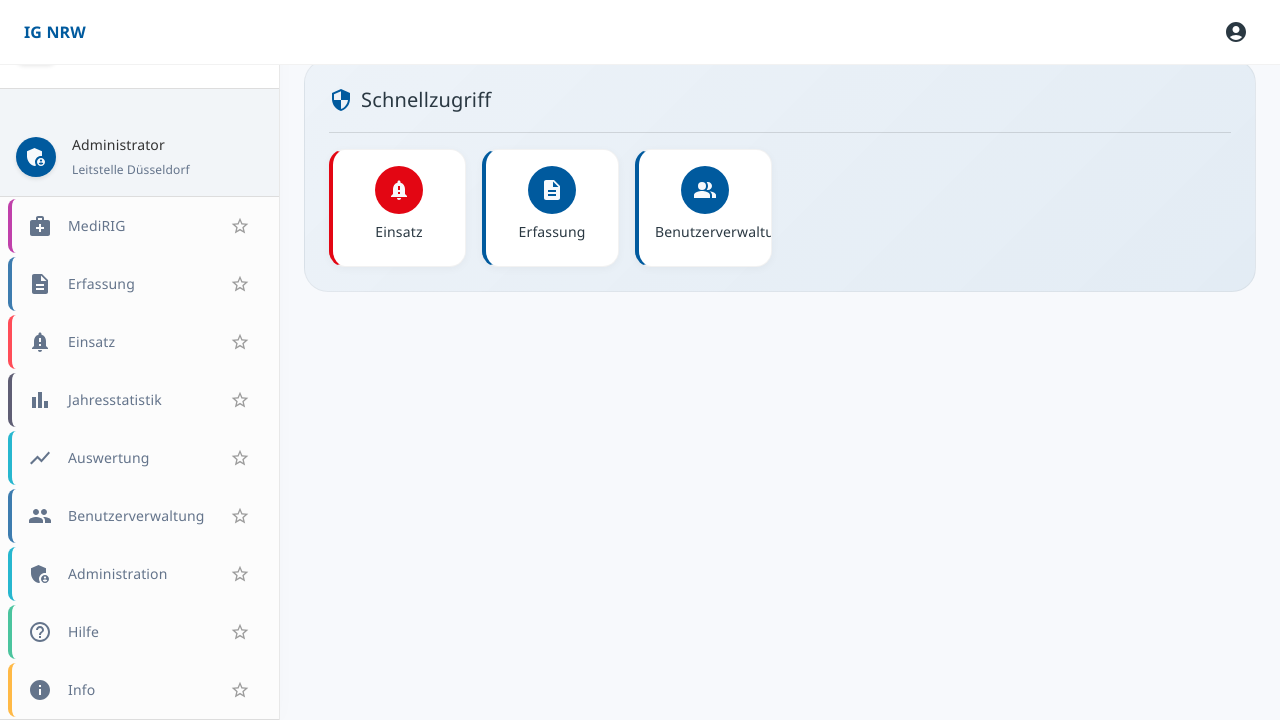
Repository: bynrw/sidebar
Page: /
These files come from the project's save history. The page is drawn as it stood at one moment and after the next save; the edit follows.
The browser window is 1280 px wide. The pictures show the whole page.
The project was rebuilt for these pictures with package versions that can differ from the ones it lists, and the page was loaded fresh each time. Also part of the build but not shown: src/components/layout/CustomCard.js, src/components/pages/Info.js, src/components/pages/Jahresstatistik.js.

Above is the page before, as saved 2025-04-22 12:16:01.

### public/index.html
<!DOCTYPE html>
<html lang="en">
  <head>
    <meta charset="utf-8" />
    <link rel="icon" href="%PUBLIC_URL%/favicon.ico" />
    <meta name="viewport" content="width=device-width, initial-scale=1" />
    <meta name="theme-color" content="#000000" />
    <meta
      name="description"
      content="Modern React Application with Material UI"
    />
    <link rel="apple-touch-icon" href="%PUBLIC_URL%/logo192.png" />
    <link rel="manifest" href="%PUBLIC_URL%/manifest.json" />
    <link
      rel="stylesheet"
      href="https://fonts.googleapis.com/css?family=Roboto:300,400,500,700&display=swap"
    />
    <title>React App with Modern Sidebar</title>
  </head>
  <body>
    <noscript>You need to enable JavaScript to run this app.</noscript>
    <div id="root"></div>
  </body>
</html>

### src/index.js
import React from 'react';
import ReactDOM from 'react-dom/client';
import { BrowserRouter } from 'react-router-dom';
import App from './App';
import { CssBaseline } from '@mui/material';
import { ThemeProvider, createTheme } from '@mui/material/styles';

// Create a theme instance with modern colors
const theme = createTheme({
  palette: {
    primary: {
      main: '#1976d2',
    },
    secondary: {
      main: '#dc004e',
    },
    background: {
      default: '#f5f5f5',
    },
  },
  typography: {
    fontFamily: '"Roboto", "Helvetica", "Arial", sans-serif',
  },
});

const root = ReactDOM.createRoot(document.getElementById('root'));
root.render(
  <React.StrictMode>
    <ThemeProvider theme={theme}>
      <CssBaseline />
      <BrowserRouter>
        <App />
      </BrowserRouter>
    </ThemeProvider>
  </React.StrictMode>
);

### src/App.js
import React from 'react';
import { Routes, Route } from 'react-router-dom';
import { ThemeProvider, CssBaseline } from '@mui/material';
import theme from './theme';

// Layout
import MainLayout from './components/layout/MainLayout';

// Pages
import HomePage from './components/pages/HomePage';
import Erfassung from './components/pages/Erfassung';
import Auswertung from './components/pages/Auswertung';
import Administration from './components/pages/Administration';
import Hilfe from './components/pages/Hilfe';
import Info from './components/pages/Info';
import Einsatz from './components/pages/Einsatz';
import Benutzerverwaltung from './components/pages/Benutzerverwaltung';
import MediRIG from './components/pages/MediRIG';
import Jahresstatistik from './components/pages/Jahresstatistik';

function App() {
  return (
    <ThemeProvider theme={theme}>
      <CssBaseline />
      <Routes>
        <Route path="/" element={<MainLayout />}>
          <Route index element={<HomePage />} />
          <Route path="erfassung/*" element={<Erfassung />} />
          <Route path="medirig/*" element={<MediRIG />} />
          <Route path="auswertung/*" element={<Auswertung />} />
          <Route path="administration/*" element={<Administration />} />
          <Route path="hilfe/*" element={<Hilfe />} />
          <Route path="info/*" element={<Info />} />
          <Route path="einsatz/*" element={<Einsatz />} />
          <Route path="benutzerverwaltung/*" element={<Benutzerverwaltung />} />
          <Route path="jahresstatistik/*" element={<Jahresstatistik />} />
        </Route>
      </Routes>
    </ThemeProvider>
  );
}

export default App;

### src/theme.js
import { createTheme } from '@mui/material/styles';

const theme = createTheme({
  palette: {
    primary: {
      main: '#005A9E', // Blau für Allgemeine Polizei/Behörden
      light: '#3D7CAF',
      dark: '#004B82',
      contrastText: '#fff',
    },
    secondary: {
      main: '#43425D', // Dunkel für Navigation und Überschriften
      light: '#5F5E74',
      dark: '#33324B',
      contrastText: '#fff',
    },
    error: {
      main: '#E30613', // Rot für kritische Alarme und Notfälle
      light: '#FF4D58',
      dark: '#C20000',
      contrastText: '#fff',
    },
    warning: {
      main: '#F59C00', // Orange für Warnungen
      light: '#FFB946',
      dark: '#D68000',
      contrastText: '#fff',
    },
    info: {
      main: '#0097B2', // Türkis für Informationen
      light: '#27B7CF',
      dark: '#007A92',
      contrastText: '#fff',
    },
    success: {
      main: '#21A67A', // Grün für Erfolg und Verfügbarkeit
      light: '#4BC49E',
      dark: '#158962',
      contrastText: '#fff',
    },
    medical: { // Spezifisch für medizinische Einsätze
      main: '#9F0086',
      light: '#C040AA',
      dark: '#7D0069',
      contrastText: '#fff',
    },
    fire: { // Spezifisch für Feuerwehreinsätze
      main: '#FF3A2F',
      light: '#FF6B63',
      dark: '#D81B15',
      contrastText: '#fff',
    },
    police: { // Spezifisch für Polizeieinsätze
      main: '#3A6EA8',
      light: '#5D8FC1',
      dark: '#2D5990',
      contrastText: '#fff',
    },
    tech: { // Für technische Hilfseinsätze
      main: '#706D6E',
      light: '#908E8F',
      dark: '#575455',
      contrastText: '#fff',
    },
    background: {
      default: '#F7F9FC',
      paper: '#FFFFFF',
      sidebar: '#FCFCFC',
      submenu: 'rgba(159, 0, 134, 0.03)',
    },
    text: {
      primary: '#2A3842',
      secondary: '#64748B',
    },
  },
  typography: {
    fontFamily: '"Segoe UI", "Roboto", "Helvetica Neue", Arial, sans-serif',
    h1: {
      fontWeight: 700,
    },
    h2: {
      fontWeight: 700,
    },
    h3: {
      fontWeight: 600,
    },
    h4: {
      fontWeight: 600,
    },
    h5: {
      fontWeight: 500,
    },
    h6: {
      fontWeight: 500,
    },
    button: {
      fontWeight: 500,
      textTransform: 'none',
    },
    submenu: {
      fontSize: '0.815rem',
      fontWeight: 400,
    },
  },
  shape: {
    borderRadius: 8,
  },
  components: {
    MuiAppBar: {
      defaultProps: {
        elevation: 0,
      },
      styleOverrides: {
        root: {
          backgroundColor: '#FFFFFF',
          color: '#333333',
          borderBottom: '1px solid rgba(0,0,0,0.05)',
        },
      },
    },
    MuiButton: {
      styleOverrides: {
        root: {
          borderRadius: 8,
          padding: '6px 16px',
          boxShadow: 'none',
          '&:hover': {
            boxShadow: '0 4px 12px rgba(0,0,0,0.08)',
          },
        },
        containedPrimary: {
          '&:hover': {
            backgroundColor: '#0068b8',
            boxShadow: '0 4px 12px rgba(0, 90, 158, 0.3)',
          },
        },
        containedSuccess: {
          '&:hover': {
            backgroundColor: '#25b789',
            boxShadow: '0 4px 12px rgba(33, 166, 122, 0.3)',
          },
        },
        containedError: {
          '&:hover': {
            backgroundColor: '#f0071c',
            boxShadow: '0 4px 12px rgba(227, 6, 19, 0.3)',
          },
        },
        outlined: {
          borderWidth: '1.5px',
          '&:hover': {
            borderWidth: '1.5px',
          },
        },
      },
    },
    MuiCard: {
      styleOverrides: {
        root: {
          borderRadius: 12,
          boxShadow: '0 2px 8px rgba(0,0,0,0.04)',
        },
      },
    },
    MuiDrawer: {
      styleOverrides: {
        paper: {
          backgroundColor: '#FCFCFC',
          color: '#333333',
          borderRight: '1px solid rgba(0,0,0,0.05)',
          boxShadow: '0 0 20px rgba(0,0,0,0.02)',
        },
      },
    },
    MuiListItemButton: {
      styleOverrides: {
        root: {
          borderRadius: 8,
          margin: '2px 8px',
          transition: 'all 0.2s ease',
          '&.Mui-selected': {
            backgroundColor: 'rgba(0, 90, 158, 0.08)',
            color: '#005A9E',
            '&:hover': {
              backgroundColor: 'rgba(0, 90, 158, 0.12)',
            },
            '& .MuiListItemIcon-root': {
              color: '#005A9E',
            },
          },
          '&:hover': {
            backgroundColor: 'rgba(0, 0, 0, 0.04)',
          },
        },
      },
    },
    MuiTabs: {
      styleOverrides: {
        indicator: {
          height: 3,
          borderTopLeftRadius: 3,
          borderTopRightRadius: 3,
        },
      },
    },
    MuiTab: {
      styleOverrides: {
        root: {
          textTransform: 'none',
          fontWeight: 500,
          fontSize: '0.875rem',
          minWidth: 100,
          padding: '12px 16px',
          '&.Mui-selected': {
            color: '#005A9E',
          },
        },
      },
    },
    MuiTableHead: {
      styleOverrides: {
        root: {
          backgroundColor: 'rgba(0, 90, 158, 0.04)',
          '& .MuiTableCell-head': {
            color: '#005A9E',
            fontWeight: 600,
          },
        },
      },
    },
    MuiAlert: {
      styleOverrides: {
        root: {
          borderRadius: 8,
          fontSize: '0.875rem',
        },
        standardSuccess: {
          backgroundColor: 'rgba(33, 166, 122, 0.12)',
          color: '#21A67A',
        },
        standardError: {
          backgroundColor: 'rgba(227, 6, 19, 0.12)',
          color: '#E30613',
        },
        standardWarning: {
          backgroundColor: 'rgba(245, 156, 0, 0.12)',
          color: '#F59C00',
        },
        standardInfo: {
          backgroundColor: 'rgba(0, 151, 178, 0.12)',
          color: '#0097B2',
        },
      },
    },
    MuiChip: {
      styleOverrides: {
        root: {
          borderRadius: 16,
          fontWeight: 500,
        },
        colorPrimary: {
          backgroundColor: 'rgba(0, 90, 158, 0.1)',
          color: '#005A9E',
        },
        colorSecondary: {
          backgroundColor: 'rgba(67, 66, 93, 0.1)',
          color: '#43425D',
        },
        colorError: {
          backgroundColor: 'rgba(227, 6, 19, 0.1)',
          color: '#E30613',
        },
        colorWarning: {
          backgroundColor: 'rgba(245, 156, 0, 0.1)',
          color: '#F59C00',
        },
        colorInfo: {
          backgroundColor: 'rgba(0, 151, 178, 0.1)',
          color: '#0097B2',
        },
        colorSuccess: {
          backgroundColor: 'rgba(33, 166, 122, 0.1)',
          color: '#21A67A',
        },
      },
    },
    MuiAvatar: {
      styleOverrides: {
        root: {
          fontSize: '1rem',
          fontWeight: 600,
        },
      },
    },
    MuiTooltip: {
      styleOverrides: {
        tooltip: {
          borderRadius: 6,
          fontSize: '0.75rem',
          padding: '6px 12px',
        },
      },
    },
    MuiCollapse: {
      styleOverrides: {
        root: {
          backgroundColor: 'rgba(159, 0, 134, 0.03)',
          margin: '0 8px',
          borderRadius: 8,
        },
      },
    },
    MuiListItemIcon: {
      styleOverrides: {
        root: {
          minWidth: 40,
          color: '#64748B',
        },
      },
    },
  },
});

export default theme;

### src/components/pages/HomePage.js
import React from 'react';
import {
  Box,
  Typography,
  Grid,
  Paper,
  Card,
  CardContent,
  Avatar,
  Divider,
  useTheme
} from '@mui/material';
import { useNavigate } from 'react-router-dom';
import NotificationImportantIcon from '@mui/icons-material/NotificationImportant';
import PeopleAltIcon from '@mui/icons-material/PeopleAlt';
import LocalHospitalIcon from '@mui/icons-material/LocalHospital';
import DirectionsCarIcon from '@mui/icons-material/DirectionsCar';
import LocalFireDepartmentIcon from '@mui/icons-material/LocalFireDepartment';
import DescriptionIcon from '@mui/icons-material/Description';
import BarChartIcon from '@mui/icons-material/BarChart';
import SecurityIcon from '@mui/icons-material/Security';

// Schnellzugriff-Komponente
const QuickAccessButton = ({ icon, title, path, color, borderStyle }) => {
  const navigate = useNavigate();
  const theme = useTheme();

  return (
    <Card
      elevation={0}
      sx={{
        textAlign: 'center',
        height: '100%',
        cursor: 'pointer',
        borderRadius: 2,
        border: '1px solid rgba(0,0,0,0.05)',
        '&:hover': {
          boxShadow: '0 4px 12px rgba(0,0,0,0.08)',
          transform: 'translateY(-4px)'
        },
        transition: 'transform 0.2s, box-shadow 0.2s',
        ...borderStyle
      }}
      onClick={() => navigate(path)}
    >
      <CardContent sx={{ p: 2 }}>
        <Avatar
          sx={{
            width: 48,
            height: 48,
            mx: 'auto',
            mb: 1,
            bgcolor: theme.palette[color].main
          }}
        >
          {icon}
        </Avatar>
        <Typography variant="body2" fontWeight="medium">
          {title}
        </Typography>
      </CardContent>
    </Card>
  );
};

// Hauptkomponente
function HomePage() {
  const theme = useTheme();

  return (
    <Box>
      {/* Hauptinhalt - nur Schnellzugriff */}
      <Paper
        elevation={0}
        sx={{
          p: 3,
          borderRadius: 3,
          background: 'linear-gradient(135deg, rgba(0, 90, 158, 0.04) 0%, rgba(0, 90, 158, 0.08) 100%)',
          border: '1px solid rgba(0,0,0,0.05)'
        }}
      >
        <Typography variant="h6" gutterBottom sx={{ display: 'flex', alignItems: 'center' }}>
          <SecurityIcon sx={{ mr: 1, color: theme.palette.primary.main }} />
          Schnellzugriff
        </Typography>
        <Divider sx={{ my: 2 }} />
        <Grid container spacing={2}>
          <Grid item xs={6} sm={3} md={2}>
            <QuickAccessButton
              icon={<NotificationImportantIcon />}
              title="Einsatz"
              path="/einsatz"
              color="error"
              borderStyle={{ borderLeft: `4px solid ${theme.palette.error.main}` }}
            />
          </Grid>
          <Grid item xs={6} sm={3} md={2}>
            <QuickAccessButton
              icon={<DescriptionIcon />}
              title="Erfassung"
              path="/erfassung"
              color="primary"
              borderStyle={{ borderLeft: `4px solid ${theme.palette.primary.main}` }}
            />
          </Grid>

          <Grid item xs={6} sm={3} md={2}>
            <QuickAccessButton
              icon={<PeopleAltIcon />}
              title="Benutzerverwaltung"
              path="/benutzerverwaltung"
              color="primary"
              borderStyle={{ borderLeft: `4px solid ${theme.palette.primary.main}` }}
            />
          </Grid>
        </Grid>
      </Paper>
    </Box>
  );
}

export default HomePage;

### src/components/pages/Hilfe.js
import React from 'react';
import { Box, Typography, Paper, Breadcrumbs, Link, Container, Grid, Card, CardContent, CardActions, Button } from '@mui/material';
import { Routes, Route, Link as RouterLink, useLocation, useNavigate } from 'react-router-dom';
import NavigateNextIcon from '@mui/icons-material/NavigateNext';
import MenuBookIcon from '@mui/icons-material/MenuBook';
import SchoolIcon from '@mui/icons-material/School';
import QuestionAnswerIcon from '@mui/icons-material/QuestionAnswer';
import theme from '../../theme';

// Untermenü-Struktur
const subMenuItems = [
  {
    title: 'Dokumentation',
    description: 'Vollständige Systemdokumentation einsehen',
    icon: <MenuBookIcon fontSize="large" sx={{ color: 'success.main' }} />,
    path: '/hilfe/dokumentation'
  },
  {
    title: 'Tutorial',
    description: 'Schritt-für-Schritt Anleitungen folgen',
    icon: <SchoolIcon fontSize="large" sx={{ color: 'success.main' }} />,
    path: '/hilfe/tutorial'
  },
  {
    title: 'FAQ',
    description: 'Antworten auf häufig gestellte Fragen',
    icon: <QuestionAnswerIcon fontSize="large" sx={{ color: 'success.main' }} />,
    path: '/hilfe/faq'
  }
];

// Subpages
const Dokumentation = () => (
  <Paper sx={{ p: 3 }}>
    <Typography variant="h5" gutterBottom>Dokumentation</Typography>
    <Typography variant="body1">Ausführliche Dokumentation zum System.</Typography>
  </Paper>
);

const Tutorial = () => (
  <Paper sx={{ p: 3 }}>
    <Typography variant="h5" gutterBottom>Tutorial</Typography>
    <Typography variant="body1">Schritt-für-Schritt Anleitungen für Systemfunktionen.</Typography>
  </Paper>
);

const FAQ = () => (
  <Paper sx={{ p: 3 }}>
    <Typography variant="h5" gutterBottom>FAQ</Typography>
    <Typography variant="body1">Häufig gestellte Fragen und deren Antworten.</Typography>
  </Paper>
);

function Hilfe() {
  const location = useLocation();
  const navigate = useNavigate();
  const pathSegments = location.pathname.split('/').filter(Boolean);

  return (
    <Container maxWidth="lg">
      <Box sx={{ mb: 4 }}>
        <Typography variant="h4" gutterBottom>Hilfe</Typography>
        <Breadcrumbs
          separator={<NavigateNextIcon fontSize="small" />}
          aria-label="breadcrumb"
          sx={{ mb: 3 }}
        >
          <Link component={RouterLink} to="/" underline="hover" color="inherit">
            Home
          </Link>
          <Link component={RouterLink} to="/hilfe" underline="hover" color="inherit">
            Hilfe
          </Link>
          {pathSegments.length > 1 && (
            <Typography color="text.primary">
              {pathSegments[1].charAt(0).toUpperCase() + pathSegments[1].slice(1)}
            </Typography>
          )}
        </Breadcrumbs>
      </Box>

      <Box sx={{ mb: 3 }}>
        <Routes>
          <Route index element={
            <Box>
              <Typography variant="h5" gutterBottom sx={{ mb: 3 }}>Hilfebereich</Typography>
              <Typography variant="body1" paragraph>
                In diesem Bereich finden Sie Hilfestellungen, Dokumentationen und Tutorials zur Verwendung des Systems.
              </Typography>

              <Grid container spacing={3}>
                {subMenuItems.map((item) => (
                  <Grid item xs={12} sm={6} md={4} key={item.title}>
                    <Card
                      sx={{
                        height: '100%',
                        display: 'flex',
                        flexDirection: 'column',
                        transition: 'transform 0.2s, box-shadow 0.2s',
                        '&:hover': {
                          transform: 'translateY(-5px)',
                          boxShadow: 4,
                        },
                        cursor: 'pointer',
                        borderRadius: 3,
                        border: '1px solid rgba(0,0,0,0.05)',
                        borderLeft: `4px solid ${theme.palette.success.main}`
                      }}
                      onClick={() => navigate(item.path)}
                    >
                      <CardContent sx={{ padding: 3, flexGrow: 1, display: 'flex', flexDirection: 'column', alignItems: 'center', textAlign: 'center' }}>
                        <Box sx={{ mb: 2, display: 'flex', justifyContent: 'center' }}>
                          {item.icon}
                        </Box>
                        <Typography variant="h6" component="h2" gutterBottom>
                          {item.title}
                        </Typography>
                        <Typography variant="body2" color="text.secondary">
                          {item.description}
                        </Typography>
                      </CardContent>
                      <CardActions sx={{ justifyContent: 'center', pb: 2 }}>
                        <Button size="small" color="success" onClick={() => navigate(item.path)}>
                          Öffnen
                        </Button>
                      </CardActions>
                    </Card>
                  </Grid>
                ))}
              </Grid>
            </Box>
          } />
          <Route path="dokumentation" element={<Dokumentation />} />
          <Route path="tutorial" element={<Tutorial />} />
          <Route path="faq" element={<FAQ />} />
        </Routes>
      </Box>
    </Container>
  );
}

export default Hilfe;

### src/components/pages/MediRIG.js
import React from 'react';
import { Box, Typography, Paper, Breadcrumbs, Link, Container, Grid } from '@mui/material';
import { Routes, Route, Link as RouterLink, useLocation, useNavigate } from 'react-router-dom';
import NavigateNextIcon from '@mui/icons-material/NavigateNext';
import PeopleAltIcon from '@mui/icons-material/PeopleAlt';
import LocalHospitalIcon from '@mui/icons-material/LocalHospital';
import SearchIcon from '@mui/icons-material/Search';
import CustomCard from '../layout/CustomCard';

// MediRIG Untermenüs
const mediRIGSubMenuItems = [
  {
    title: 'Teilnehmer Bettnachweis',
    description: 'Verwaltung der Teilnehmer am Bettennachweis',
    icon: <PeopleAltIcon fontSize="large" sx={{ color: 'medical.main' }} />,
    path: '/medirig/teilnehmer-bettnachweis',
    borderStyle: {
      borderLeft: '4px solid',
      borderColor: 'medical.main'
    }
  },
  {
    title: 'Krankenhausdaten',
    description: 'Daten der Krankenhäuser verwalten',
    icon: <LocalHospitalIcon fontSize="large" sx={{ color: 'medical.main' }} />,
    path: '/medirig/krankenhausdaten',
    borderStyle: {
      borderLeft: '4px solid',
      borderColor: 'medical.main'
    }
  },
  {
    title: 'Krankenhaussuche',
    description: 'Krankenhäuser nach verschiedenen Kriterien suchen',
    icon: <SearchIcon fontSize="large" sx={{ color: 'medical.main' }} />,
    path: '/medirig/krankenhaussuche',
    borderStyle: {
      borderLeft: '4px solid',
      borderColor: 'medical.main'
    }
  }
];

// MediRIG Subcomponents
const TeilnehmerBettnachweis = () => (
  <Paper sx={{ p: 3 }}>
    <Typography variant="h5" gutterBottom>Teilnehmer Bettnachweis</Typography>
    <Typography variant="body1">Verwaltung und Übersicht aller Teilnehmer am Bettennachweis.</Typography>
  </Paper>
);

const Krankenhausdaten = () => (
  <Paper sx={{ p: 3 }}>
    <Typography variant="h5" gutterBottom>Krankenhausdaten</Typography>
    <Typography variant="body1">Hier können Sie die Daten der Krankenhäuser einsehen und bearbeiten.</Typography>
  </Paper>
);

const Krankenhaussuche = () => (
  <Paper sx={{ p: 3 }}>
    <Typography variant="h5" gutterBottom>Krankenhaussuche</Typography>
    <Typography variant="body1">Suchen Sie nach Krankenhäusern anhand verschiedener Kriterien.</Typography>
  </Paper>
);

function MediRIG() {
  const location = useLocation();
  const navigate = useNavigate();
  const pathSegments = location.pathname.split('/').filter(Boolean);

  return (
    <Container maxWidth="lg">
      <Box sx={{ mb: 4 }}>
        <Typography variant="h4" gutterBottom>MediRIG</Typography>
        <Breadcrumbs
          separator={<NavigateNextIcon fontSize="small" />}
          aria-label="breadcrumb"
          sx={{ mb: 3 }}
        >
          <Link component={RouterLink} to="/" underline="hover" color="inherit">
            Home
          </Link>
          <Link component={RouterLink} to="/medirig" underline="hover" color="inherit">
            MediRIG
          </Link>
          {pathSegments.length > 1 && (
            <Typography color="text.primary">
              {pathSegments[1].split('-').map(word => word.charAt(0).toUpperCase() + word.slice(1)).join(' ')}
            </Typography>
          )}
        </Breadcrumbs>
      </Box>

      <Box sx={{ mb: 3 }}>
        <Routes>
          <Route index element={
            <Box>
              <Typography variant="h5" gutterBottom sx={{ mb: 3 }}>MediRIG - Medizinisches Rettungsinformationsgerät</Typography>
              <Typography variant="body1" paragraph>
                MediRIG unterstützt medizinisches Personal bei der Erfassung und Dokumentation von Patientendaten im Rettungseinsatz.
              </Typography>

              <Grid container spacing={3}>
                {mediRIGSubMenuItems.map((item) => (
                  <Grid item xs={12} sm={6} md={4} key={item.title}>
                    <CustomCard
                      title={item.title}
                      description={item.description}
                      icon={item.icon}
                      path={item.path}
                      accentColor="medical.main"
                    />
                  </Grid>
                ))}
              </Grid>
            </Box>
          } />

          {/* MediRIG Untermenüs */}
          <Route path="teilnehmer-bettnachweis" element={<TeilnehmerBettnachweis />} />
          <Route path="krankenhausdaten" element={<Krankenhausdaten />} />
          <Route path="krankenhaussuche" element={<Krankenhaussuche />} />
        </Routes>
      </Box>
    </Container>
  );
}

export default MediRIG;

Loaded but not shown: src/components/layout/MainLayout.js (1458 lines, source omitted); src/components/pages/Erfassung.js (883 lines, source omitted); src/components/pages/Auswertung.js (332 lines, source omitted); src/components/pages/Administration.js (310 lines, source omitted); src/components/pages/Benutzerverwaltung.js (314 lines, source omitted); src/components/pages/Einsatz.js (238 lines, source omitted)

After the next save:
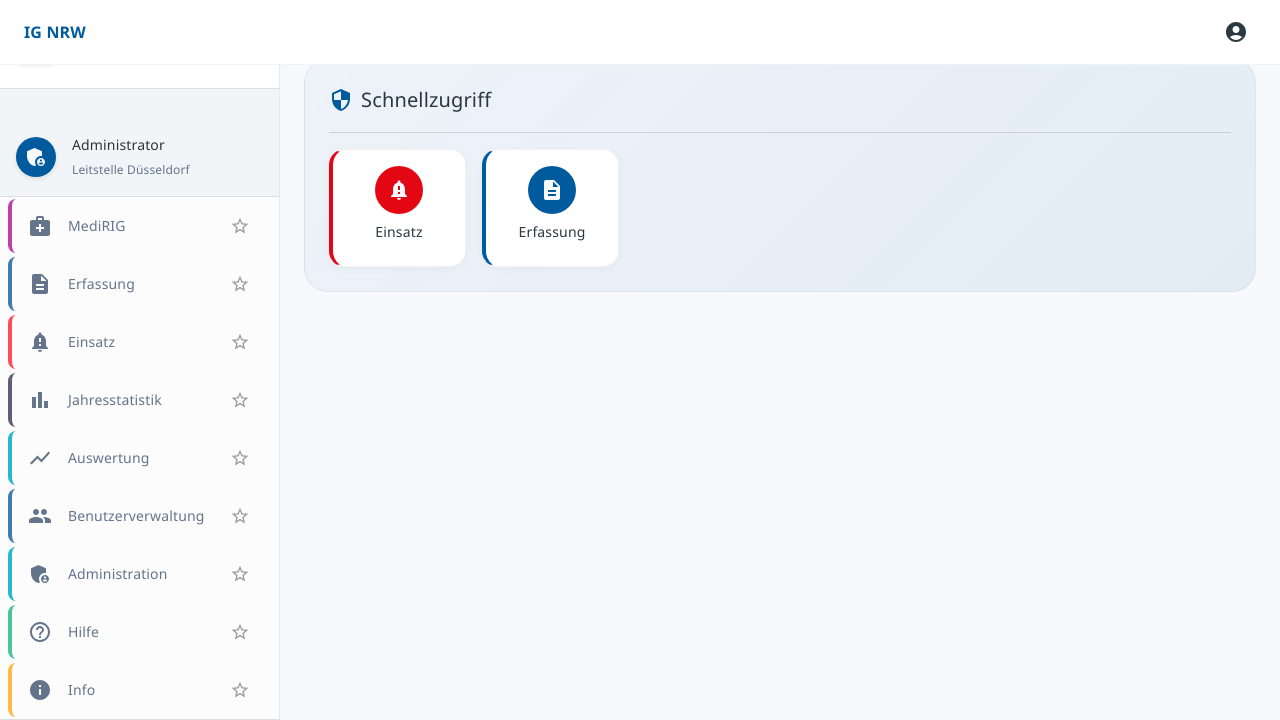
Saved 40 s later.
--- a/src/components/pages/HomePage.js
+++ b/src/components/pages/HomePage.js
@@ -104,15 +104,7 @@ function HomePage() {
             />
           </Grid>
 
-          <Grid item xs={6} sm={3} md={2}>
-            <QuickAccessButton
-              icon={<PeopleAltIcon />}
-              title="Benutzerverwaltung"
-              path="/benutzerverwaltung"
-              color="primary"
-              borderStyle={{ borderLeft: `4px solid ${theme.palette.primary.main}` }}
-            />
-          </Grid>
+
         </Grid>
       </Paper>
     </Box>
